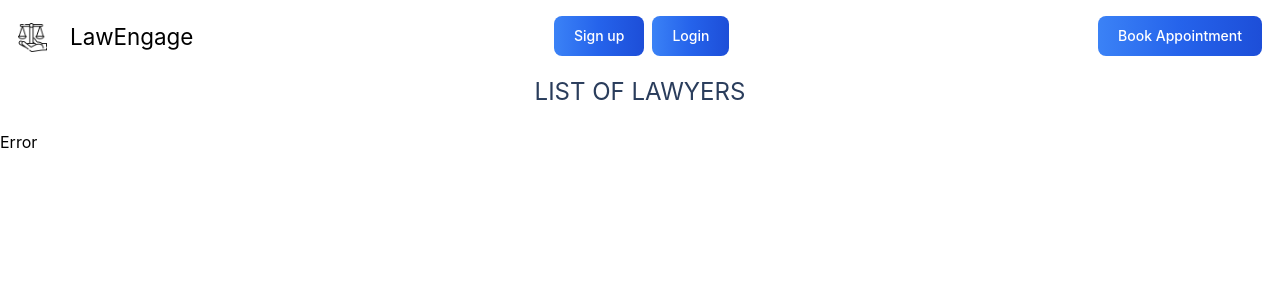
Repository: khushijain8/Lawyer-appointment-application
Page: /book (app in frontend/)
These files come from the project's save history. The page is drawn as it stood at one moment and after the next save; the edit follows.
The browser window is 1280 px wide. The pictures show the whole page.
The page's requests for data from a server got no answer. The project was rebuilt for these pictures with package versions that can differ from the ones it lists, and the page was loaded fresh each time. No one was signed in, and anything a server would have sent is missing. Also part of the build but not shown: frontend/src/App.css, frontend/src/components/Signup/Signup.css, frontend/src/components/Signup/Signup.jsx, frontend/src/components/Login/Login.css, frontend/src/components/Login/Login.jsx, frontend/src/components/LawyerContainer/LawyerContainer.css, frontend/src/components/LawyerHistoryContainer/LawyerHistoryContainer.jsx, frontend/src/components/Admin/Admin.jsx.

Above is the page before, as saved 2025-01-23 00:48:45.

After the next save:
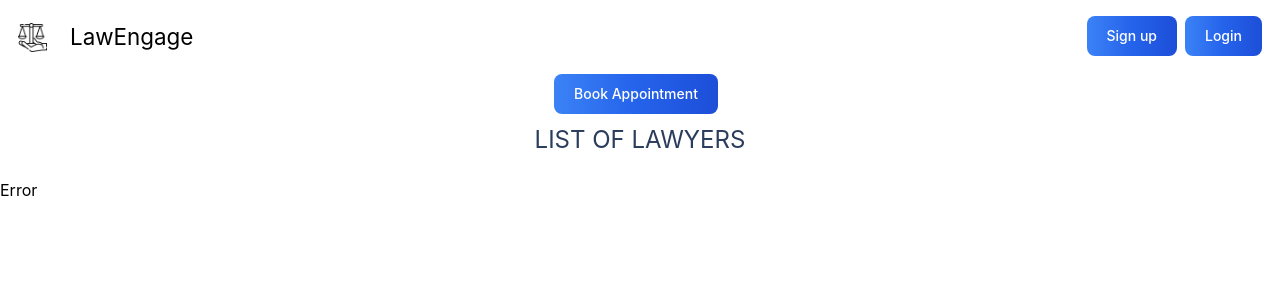
Saved 89 s later.
--- a/frontend/src/components/Navbar/Navbar.jsx
+++ b/frontend/src/components/Navbar/Navbar.jsx
@@ -5,20 +5,21 @@ import {useNavigate} from 'react-router-dom';
 function Navbar() {
     const navigate=useNavigate()
   return (
-    <div className='navbar flex-col md:flex-row '>
-        <div className="left-nav">
-            <img className = "logo px-2 py-2" src={lawlogo} alt="logo"></img>
-            <span className="heading">LawEngage</span>
+    <>
+        <div className='navbar flex-col md:flex-row '>
+            <div className="left-nav">
+                <img className = "logo px-2 py-2" src={lawlogo} alt="logo"></img>
+                <span className="heading">LawEngage</span>
+            </div>
+            <div className='right-nav flex justify-center items-center '>
+                <button class="text-white bg-gradient-to-r from-blue-500 via-blue-600 to-blue-700 hover:bg-gradient-to-br focus:ring-4 focus:outline-none focus:ring-blue-300 dark:focus:ring-blue-800 font-medium rounded-lg text-sm px-5 py-2.5 text-center me-2 mb-2"onClick={()=>navigate('/signup')}>Sign up</button>
+                <button class="text-white bg-gradient-to-r from-blue-500 via-blue-600 to-blue-700 hover:bg-gradient-to-br focus:ring-4 focus:outline-none focus:ring-blue-300 dark:focus:ring-blue-800 font-medium rounded-lg text-sm px-5 py-2.5 text-center me-2 mb-2" onClick={()=>navigate('/login')}>Login</button>
+            </div>
         </div>
-        <div className='right-nav flex justify-center items-center md:order-2'>
-            <button class="text-white bg-gradient-to-r from-blue-500 via-blue-600 to-blue-700 hover:bg-gradient-to-br focus:ring-4 focus:outline-none focus:ring-blue-300 dark:focus:ring-blue-800 font-medium rounded-lg text-sm px-5 py-2.5 text-center me-2 mb-2"onClick={()=>navigate('/signup')}>Sign up</button>
-            <button class="text-white bg-gradient-to-r from-blue-500 via-blue-600 to-blue-700 hover:bg-gradient-to-br focus:ring-4 focus:outline-none focus:ring-blue-300 dark:focus:ring-blue-800 font-medium rounded-lg text-sm px-5 py-2.5 text-center me-2 mb-2" onClick={()=>navigate('/login')}>Login</button>
-        </div>
-        <div className='mid-nav flex justify-center items-center  md:order-3'>
-            <button class="text-white bg-gradient-to-r from-blue-500 via-blue-600 to-blue-700 hover:bg-gradient-to-br focus:ring-4 focus:outline-none focus:ring-blue-300 dark:focus:ring-blue-800 font-medium rounded-lg text-sm px-5 py-2.5 text-center me-2 mb-2"onClick={()=>navigate('/book')}>Book Appointment</button>
-        </div>
-
+        <div className='mid-nav flex justify-center items-center  '>
+        <button class="text-white bg-gradient-to-r from-blue-500 via-blue-600 to-blue-700 hover:bg-gradient-to-br focus:ring-4 focus:outline-none focus:ring-blue-300 dark:focus:ring-blue-800 font-medium rounded-lg text-sm px-5 py-2.5 text-center me-2 mb-2"onClick={()=>navigate('/book')}>Book Appointment</button>
     </div>
+    </>
   )
 }
 
